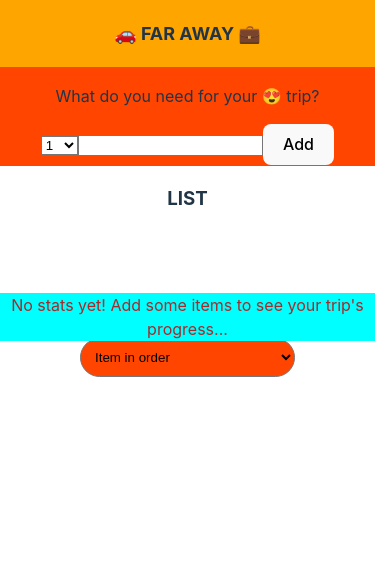
Repository: Celebration-cloud/Trip-Add-To-List
Page: /
These files come from the project's save history. The page is drawn as it stood at one moment and after a run of saves; the edit follows.
The browser window is 375 px wide. The pictures show the whole page.
The project was rebuilt for these pictures with package versions that can differ from the ones it lists, and the page was loaded fresh each time. Also part of the build but not shown: vite.config.js.

Above is the page before, as saved 2023-10-29 17:15:16.

### src/App.jsx
import './App.css'
import TripList from './Trip-List/TripList'

function App() {

  return (
    <>
    <TripList/>
    </>
  )
}

export default App

### src/App.css
#root {
  margin: 0;
  padding: 0;
  text-align: center;
}

.logo {
  height: 6em;
  padding: 1.5em;
  will-change: filter;
  transition: filter 300ms;
}
.logo:hover {
  filter: drop-shadow(0 0 2em #646cffaa);
}
.logo.react:hover {
  filter: drop-shadow(0 0 2em #61dafbaa);
}

@keyframes logo-spin {
  from {
    transform: rotate(0deg);
  }
  to {
    transform: rotate(360deg);
  }
}

@media (prefers-reduced-motion: no-preference) {
  a:nth-of-type(2) .logo {
    animation: logo-spin infinite 20s linear;
  }
}

.card {
  padding: 2em;
}

.read-the-docs {
  color: #888;
}

### src/Trip-List/TripList.jsx
/* eslint-disable react/no-unescaped-entities */
/* eslint-disable react/prop-types */
import { useState } from "react";
import './TripList.css'
function TripList() {
  const [addItem, setAddItem] = useState([]);

  const handleAddItem = (item) => {
    setAddItem((items) => [...items, item]);
  };
  const handleRemoveItem = (id) =>{
    setAddItem(items => items.filter(p => p.id !== id))
  }
  const handleChecked = (id) => {
    setAddItem(items => items.map(item => item.id === id ? {...item, packed: !item.packed} : item));
  };
  return (
    <div>
      <TripHead/>
      <TripForm handleAddItem={handleAddItem}/>
      <TripListForm addItem={addItem} remove={handleRemoveItem} check={handleChecked}/>
      <TripStats stats={addItem}/>
    </div>
  )
}

export default TripList

function TripHead() {
  return (
    <div style={{backgroundColor: "orange", padding: "5px"}}>
      <h2 className="title">🚗 FAR AWAY 💼</h2>
    </div>
  )
}

function TripForm({handleAddItem}) {
  const [item, setItem] = useState({description: "", quantity: 1})

  const handleSubmit = (e) =>{
    e.preventDefault();
    if (!item.description) return;

    const newItem = {
      des: item.description,
      amount: item.quantity,
      packed: false,
      id: Date.now(),
    };

    handleAddItem(newItem);
    setItem({ description: "", quantity: 1 });
  }
  const handleInput = (e) =>{
    setItem(prev => ({...prev, description: e.target.value}))
  }
  const handleOption = (e) =>{
    setItem(prevState => ({...prevState,quantity: Number(e.target.value)}))
  }
  return (
    <div style={{ backgroundColor: "orangered", padding: "1px" }}>
      <form onSubmit={handleSubmit}>
        <span>
          <p>What do you need for your 😍 trip?</p>
          <select onChange={handleOption} value={item.quantity}>
            {Array.from({ length: 10 }, (_, i) => i + 1).map((num) => (
              <option value={num} key={num}>
                {num}
              </option>
            ))}
          </select>
          <input onChange={handleInput} value={item.description}></input>
          <button type="submit">Add</button>
        </span>
      </form>
    </div>
  );
}

function TripListForm({addItem, remove, check}) {
  const [sort, setSort] = useState("input")
  const sortingBy = (e) => {
    setSort(e.target.value);
  };
  let sorting;
  if (sort === "input") sorting = addItem;
  if (sort === "checked")
    sorting = addItem.slice().sort((a, b) => a.des.localeCompare(b.des));
  if (sort === "order")
    sorting = addItem
      .slice()
      .sort((a, b) => Number(a.packed) - Number(b.packed));

  return (
    <>
      <h3>LIST</h3>
      <ul style={{ listStyleType: "none" }}>
        <li style={{display: 'flex', flexWrap: "wrap"}}>
          {sorting?.map((item) => (
            <>
              <input
                type="checkbox"
                value={item.packed}
                onChange={() => check(item.id)}
              />
              <span
                key={item.id}
                style={item.packed ? { textDecoration: "line-through" } : {}}
              >
                {item.amount}-{item.des}
              </span>
              <button onClick={() => remove(item.id)}>
                🚩
              </button>
            </>
          ))}
        </li>
      </ul>
      <div>
        <select onChange={sortingBy} value={sort} style={{padding: "10px 100px 10px 10px", marginTop: "90px", backgroundColor: "orangered", borderRadius: "20px"}}>
          <option value="input" style={{marginRight: "5px", backgroundColor: "brown" }}>Item in order</option>
          <option value="checked" style={{marginRight: "5px"}}>Checked Item</option>
          <option value="order" style={{marginRight: "5px"}}>Split Item</option>
        </select>
      </div>
    </>
  );
}

function TripStats({stats}) {
  if(!stats.length)
  return (
    <footer className="static">
      <p>No stats yet! Add some items to see your trip's progress...</p>
    </footer>
  );
  const total = stats.length
  const packed= stats.filter(items => items.packed).length
  const percent = Math.round((packed / total) * 100)
  return (
    <>
      {percent === 100 ? (
        <footer className="static">
          <p>You have Completed the List✈</p>
        </footer>
      ) : (
        <footer className="static">
          <p>
            You have {total} items on your list, and already packed {packed} (
            {percent}%)
          </p>
        </footer>
      )}
    </>
  );
}

### src/Trip-List/TripList.css
/* backgroundColor: "aqua",
            color: "brown",
            bottom: "0%",
            height: "30px",
            width: "100%", */
.static{
    position: absolute;
    background-color: aqua;
    color: brown;
    bottom: 0px;
    width: 100%;
}
.title{
    font-family: inherit;
    font-size: 20px;
}
@media (max-width: 480px) {
    .static{
    position: relative;
    background-color: aqua;
    color: brown;
    bottom: 100px;
    margin-bottom: auto;
    width: 100%;
}
.title{
    font-family: inherit;
    font-size: large;
}
}

Loaded but not shown: index.html (common file); src/main.jsx (common file); src/index.css (common file)

After the next 2 saves:
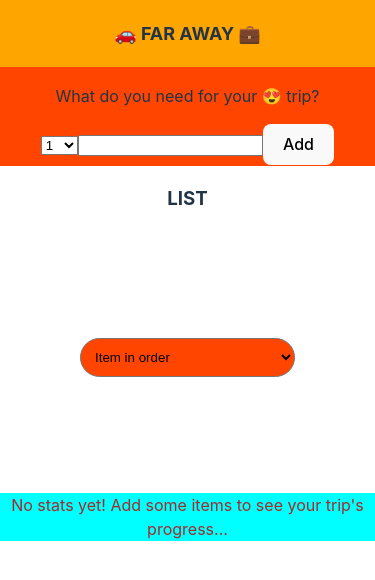
The 2 saves are shown as one change because they came seconds apart.
The last was saved 7 s later.
--- a/src/Trip-List/TripList.css
+++ b/src/Trip-List/TripList.css
@@ -19,7 +19,7 @@
     position: relative;
     background-color: aqua;
     color: brown;
-    bottom: 100px;
+    top: 100px;
     margin-bottom: auto;
     width: 100%;
 }
